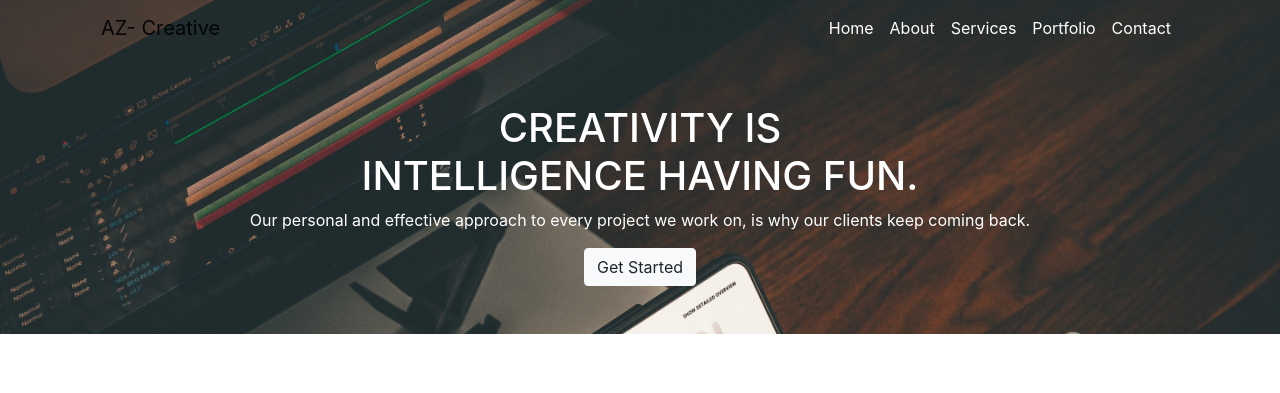
Repository: Syfon01/hng-port
Page: index.html
The author's editor kept a copy of each file at every save. The page is drawn from the files as they stood at one save, then again after the next save.
The browser window is 1280 px wide. The pictures show the whole page.

Above is the page before, as saved 2020-06-27 20:36:45.

After the next save:
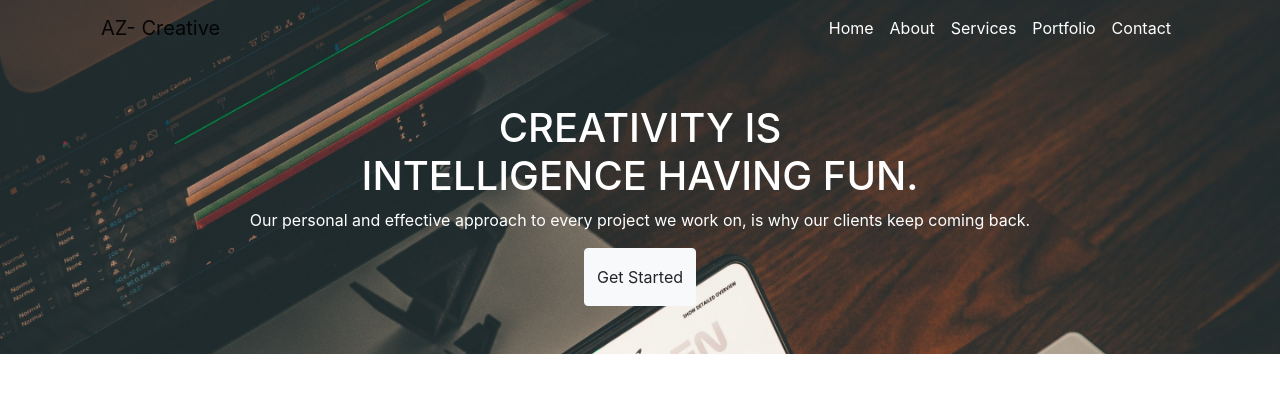
Saved 7 s later.
--- a/index.html
+++ b/index.html
@@ -50,7 +50,7 @@
             project we work on, is why our clients
             keep coming back.</p>
 
-        <button type="submit" class="btn btn-light">Get Started</button>
+        <button type="submit" class="btn btn-light py-3">Get Started</button>
 
         </div>
       </div>
